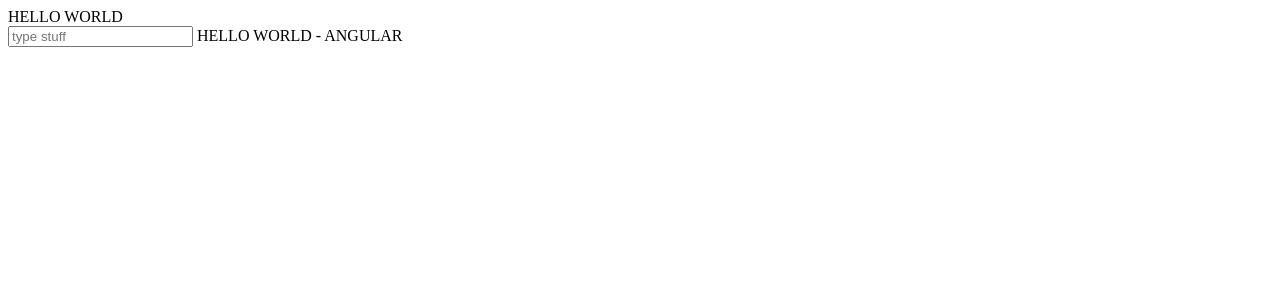
Repository: amp89/FindIP
Page: http://localhost/FindIp/views/search.jsp
These files come from the project's save history. The page is drawn as it stood at one moment and after the next save; the edit follows.
The browser window is 1280 px wide. The pictures show the whole page.
The page is served by Tomcat 9.

Above is the page before, as saved 2016-07-18 03:35:07.

After the next save:
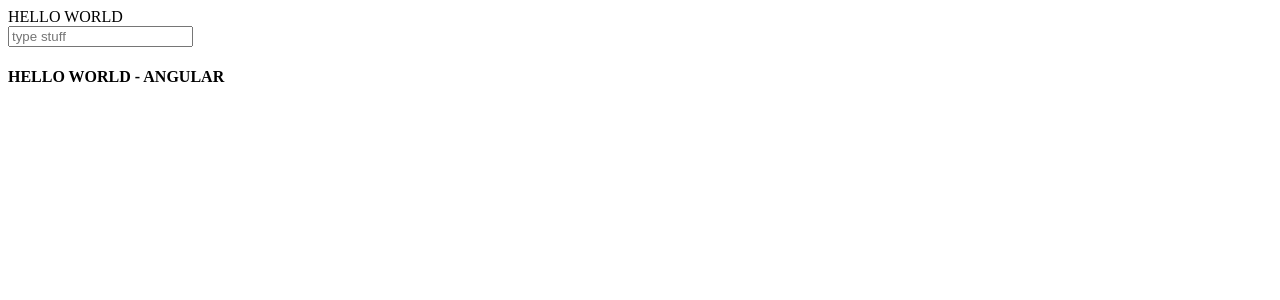
Saved 13 min 33 s later.
--- a/FindIp/FindIp/WebContent/views/search.jsp
+++ b/FindIp/FindIp/WebContent/views/search.jsp
@@ -12,7 +12,7 @@
 	<div ng-app>
 	<input type="text" placeholder="type stuff" ng-model="name" />
 	<h3 ng-show="name">{{name}}</h3>
-	{{"HELLO WORLD - ANGULAR"}}
+	<h4>{{"HELLO WORLD - ANGULAR"}}</h4>
 		</div>
 
 
